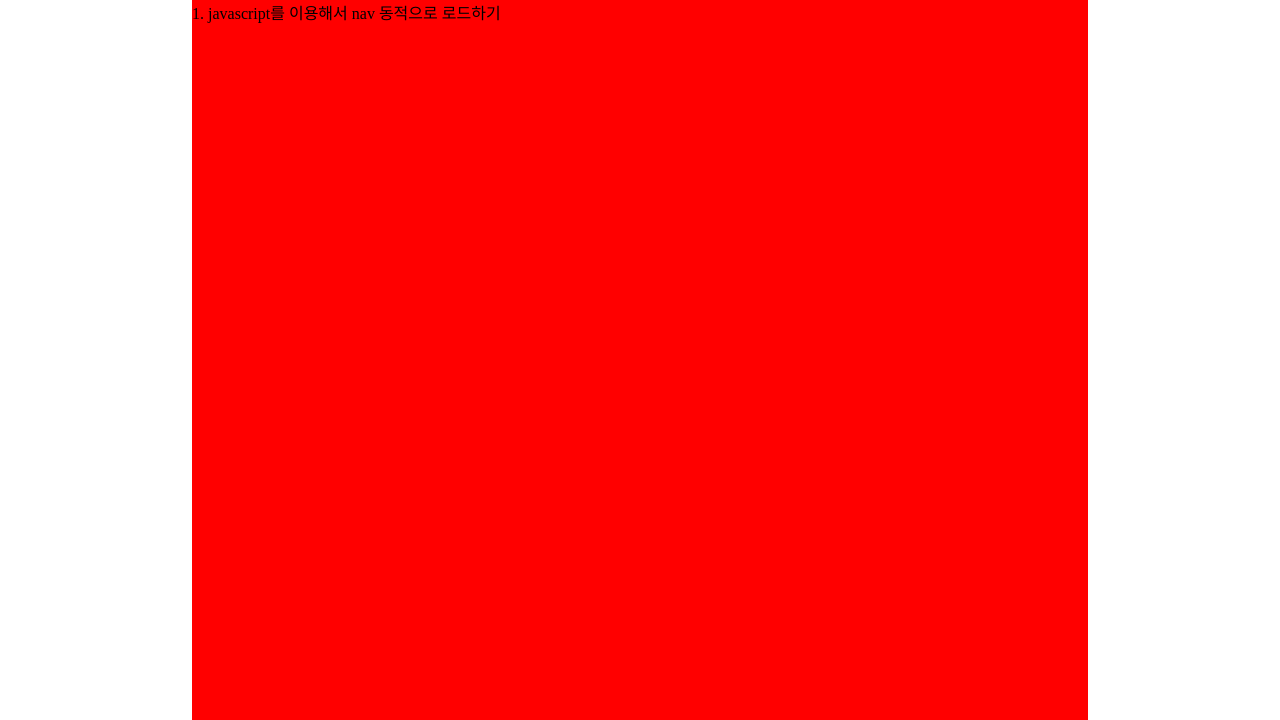
Repository: rwanda95do/bitcamp
Page: FrontProject/src/main/webapp/html/review.html
The author's editor kept a copy of each file at every save. The page is drawn from the files as they stood at one save, then again after the next save.
The browser window is 1280 px wide. The pictures show the whole page.

Above is the page before, as saved 2024-08-30 09:22:49.

### FrontProject/src/main/webapp/html/review.html
<!DOCTYPE html>
<html>
<head>
<meta charset="UTF-8">
<title>Insert title here</title>
<style type="text/css">
html, body{
	margin: 0;
	padding: 0;
	height: 100%;
}
.container{
	background: white;
	display: flex;
	justify-content: center;
	height: 100vh;
}
.main {
	width: 70%;
	background: red;
}
</style>
</head>
<body>
	<div class="container">
		<div class="main">
			1. javascript를 이용해서 nav 동적으로 로드하기
		</div>
	</div>
</body>
</html>

After the next save:
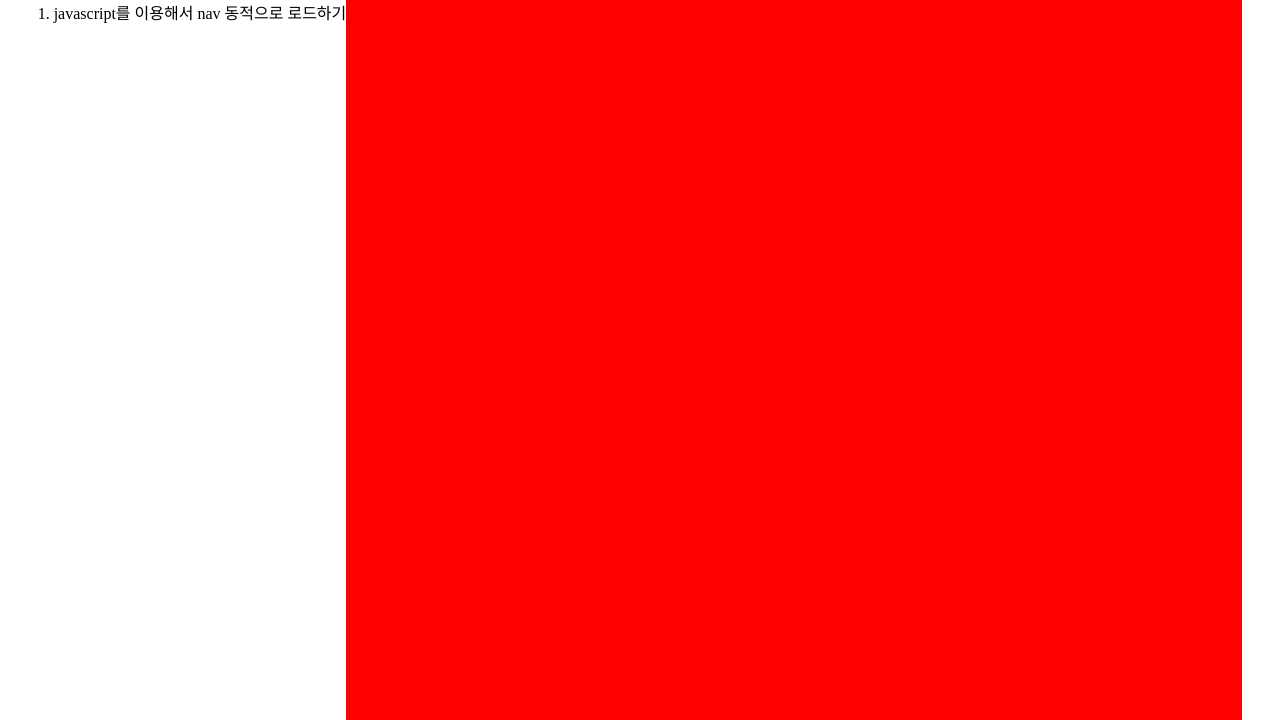
Saved 3 min 57 s later.
--- a/FrontProject/src/main/webapp/html/review.html
+++ b/FrontProject/src/main/webapp/html/review.html
@@ -23,8 +23,11 @@
 </head>
 <body>
 	<div class="container">
+		<div>
+			1. javascript를 이용해서 nav 동적으로 로드하기
+		</div>
 		<div class="main">
-			1. javascript를 이용해서 nav 동적으로 로드하기
+
 		</div>
 	</div>
 </body>
